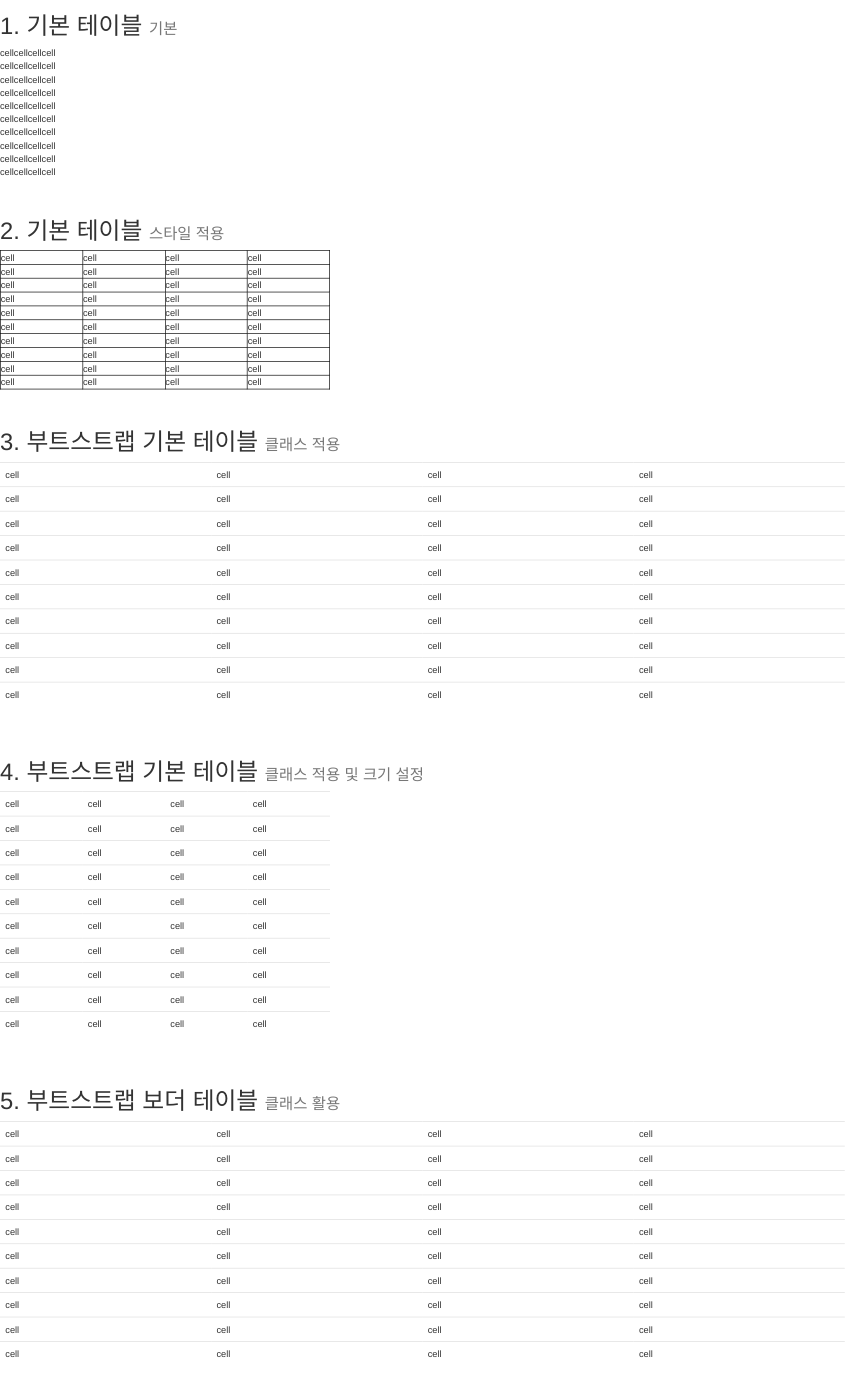
Repository: abbyinkr/BootstrapStudy
Page: BootStrapWork/WebContent/BootEx02.html
These files come from the project's save history. The page is drawn as it stood at one moment and after the next save; the edit follows.
The browser window is 1280 px wide. The pictures show the whole page, at 66% of full size.

Above is the page before, as saved 2021-07-01 03:37:31.

### BootStrapWork/WebContent/BootEx02.html
<!DOCTYPE html>
<html>
<head>
<meta charset="UTF-8">
<title>BootEx02.html</title>

<link rel="stylesheet" href="css/bootstrap.css">
<script type="text/javascript" src="http://code.jquery.com/jquery.min.js"></script>
<script type="text/javascript" src="js/bootstrap.min.js"></script>

<style type="text/css">

	/* 테이블 기본 서식 */
	#table
	{
		width: 500px;
		border: 1px solid black;
		border-collapse: collapse;
	}

	#table td
	{
		border: 1px solid black;
	}


</style>

</head>
<body>

<h1>1. 기본 테이블 <small>기본</small> </h1>

<!-- table>(tr>td{cell}*4)*10 -->
<table>
	<tr>
		<td>cell</td>
		<td>cell</td>
		<td>cell</td>
		<td>cell</td>
	</tr>
	<tr>
		<td>cell</td>
		<td>cell</td>
		<td>cell</td>
		<td>cell</td>
	</tr>
	<tr>
		<td>cell</td>
		<td>cell</td>
		<td>cell</td>
		<td>cell</td>
	</tr>
	<tr>
		<td>cell</td>
		<td>cell</td>
		<td>cell</td>
		<td>cell</td>
	</tr>
	<tr>
		<td>cell</td>
		<td>cell</td>
		<td>cell</td>
		<td>cell</td>
	</tr>
	<tr>
		<td>cell</td>
		<td>cell</td>
		<td>cell</td>
		<td>cell</td>
	</tr>
	<tr>
		<td>cell</td>
		<td>cell</td>
		<td>cell</td>
		<td>cell</td>
	</tr>
	<tr>
		<td>cell</td>
		<td>cell</td>
		<td>cell</td>
		<td>cell</td>
	</tr>
	<tr>
		<td>cell</td>
		<td>cell</td>
		<td>cell</td>
		<td>cell</td>
	</tr>
	<tr>
		<td>cell</td>
		<td>cell</td>
		<td>cell</td>
		<td>cell</td>
	</tr>
</table>


<br /><br />


<h1>2. 기본 테이블 <small>스타일 적용</small> </h1>

<!-- table>(tr>td{cell}*4)*10 -->
<table id="table">
	<tr>
		<td>cell</td>
		<td>cell</td>
		<td>cell</td>
		<td>cell</td>
	</tr>
	<tr>
		<td>cell</td>
		<td>cell</td>
		<td>cell</td>
		<td>cell</td>
	</tr>
	<tr>
		<td>cell</td>
		<td>cell</td>
		<td>cell</td>
		<td>cell</td>
	</tr>
	<tr>
		<td>cell</td>
		<td>cell</td>
		<td>cell</td>
		<td>cell</td>
	</tr>
	<tr>
		<td>cell</td>
		<td>cell</td>
		<td>cell</td>
		<td>cell</td>
	</tr>
	<tr>
		<td>cell</td>
		<td>cell</td>
		<td>cell</td>
		<td>cell</td>
	</tr>
	<tr>
		<td>cell</td>
		<td>cell</td>
		<td>cell</td>
		<td>cell</td>
	</tr>
	<tr>
		<td>cell</td>
		<td>cell</td>
		<td>cell</td>
		<td>cell</td>
	</tr>
	<tr>
		<td>cell</td>
		<td>cell</td>
		<td>cell</td>
		<td>cell</td>
	</tr>
	<tr>
		<td>cell</td>
		<td>cell</td>
		<td>cell</td>
		<td>cell</td>
	</tr>
</table>
<br /><br />


<h1>3. 부트스트랩 기본 테이블 <small>클래스 적용</small> </h1>

<!-- table>(tr>td{cell}*4)*10 -->
<table class="table">
	<tr>
		<td>cell</td>
		<td>cell</td>
		<td>cell</td>
		<td>cell</td>
	</tr>
	<tr>
		<td>cell</td>
		<td>cell</td>
		<td>cell</td>
		<td>cell</td>
	</tr>
	<tr>
		<td>cell</td>
		<td>cell</td>
		<td>cell</td>
		<td>cell</td>
	</tr>
	<tr>
		<td>cell</td>
		<td>cell</td>
		<td>cell</td>
		<td>cell</td>
	</tr>
	<tr>
		<td>cell</td>
		<td>cell</td>
		<td>cell</td>
		<td>cell</td>
	</tr>
	<tr>
		<td>cell</td>
		<td>cell</td>
		<td>cell</td>
		<td>cell</td>
	</tr>
	<tr>
		<td>cell</td>
		<td>cell</td>
		<td>cell</td>
		<td>cell</td>
	</tr>
	<tr>
		<td>cell</td>
		<td>cell</td>
		<td>cell</td>
		<td>cell</td>
	</tr>
	<tr>
		<td>cell</td>
		<td>cell</td>
		<td>cell</td>
		<td>cell</td>
	</tr>
	<tr>
		<td>cell</td>
		<td>cell</td>
		<td>cell</td>
		<td>cell</td>
	</tr>
</table>

<br /><br />

<h1>4. 부트스트랩 기본 테이블 <small>클래스 적용 및 크기 설정</small> </h1>

<!-- table>(tr>td{cell}*4)*10 -->
<table class="table" style="width: 500px;">
	<tr>
		<td>cell</td>
		<td>cell</td>
		<td>cell</td>
		<td>cell</td>
	</tr>
	<tr>
		<td>cell</td>
		<td>cell</td>
		<td>cell</td>
		<td>cell</td>
	</tr>
	<tr>
		<td>cell</td>
		<td>cell</td>
		<td>cell</td>
		<td>cell</td>
	</tr>
	<tr>
		<td>cell</td>
		<td>cell</td>
		<td>cell</td>
		<td>cell</td>
	</tr>
	<tr>
		<td>cell</td>
		<td>cell</td>
		<td>cell</td>
		<td>cell</td>
	</tr>
	<tr>
		<td>cell</td>
		<td>cell</td>
		<td>cell</td>
		<td>cell</td>
	</tr>
	<tr>
		<td>cell</td>
		<td>cell</td>
		<td>cell</td>
		<td>cell</td>
	</tr>
	<tr>
		<td>cell</td>
		<td>cell</td>
		<td>cell</td>
		<td>cell</td>
	</tr>
	<tr>
		<td>cell</td>
		<td>cell</td>
		<td>cell</td>
		<td>cell</td>
	</tr>
	<tr>
		<td>cell</td>
		<td>cell</td>
		<td>cell</td>
		<td>cell</td>
	</tr>
</table>

<br /><br />

<h1>5. 부트스트랩 보더 테이블 <small>클래스 활용</small> </h1>

<table class="table table-borderd">
	<tr>
		<td>cell</td>
		<td>cell</td>
		<td>cell</td>
		<td>cell</td>
	</tr>
	<tr>
		<td>cell</td>
		<td>cell</td>
		<td>cell</td>
		<td>cell</td>
	</tr>
	<tr>
		<td>cell</td>
		<td>cell</td>
		<td>cell</td>
		<td>cell</td>
	</tr>
	<tr>
		<td>cell</td>
		<td>cell</td>
		<td>cell</td>
		<td>cell</td>
	</tr>
	<tr>
		<td>cell</td>
		<td>cell</td>
		<td>cell</td>
		<td>cell</td>
	</tr>
	<tr>
		<td>cell</td>
		<td>cell</td>
		<td>cell</td>
		<td>cell</td>
	</tr>
	<tr>
		<td>cell</td>
		<td>cell</td>
		<td>cell</td>
		<td>cell</td>
	</tr>
	<tr>
		<td>cell</td>
		<td>cell</td>
		<td>cell</td>
		<td>cell</td>
	</tr>
	<tr>
		<td>cell</td>
		<td>cell</td>
		<td>cell</td>
		<td>cell</td>
	</tr>
	<tr>
		<td>cell</td>
		<td>cell</td>
		<td>cell</td>
		<td>cell</td>
	</tr>
</table>




</body>
</html>

Loaded but not shown: BootStrapWork/WebContent/css/bootstrap.css (library); BootStrapWork/WebContent/js/bootstrap.min.js (library)

After the next save:
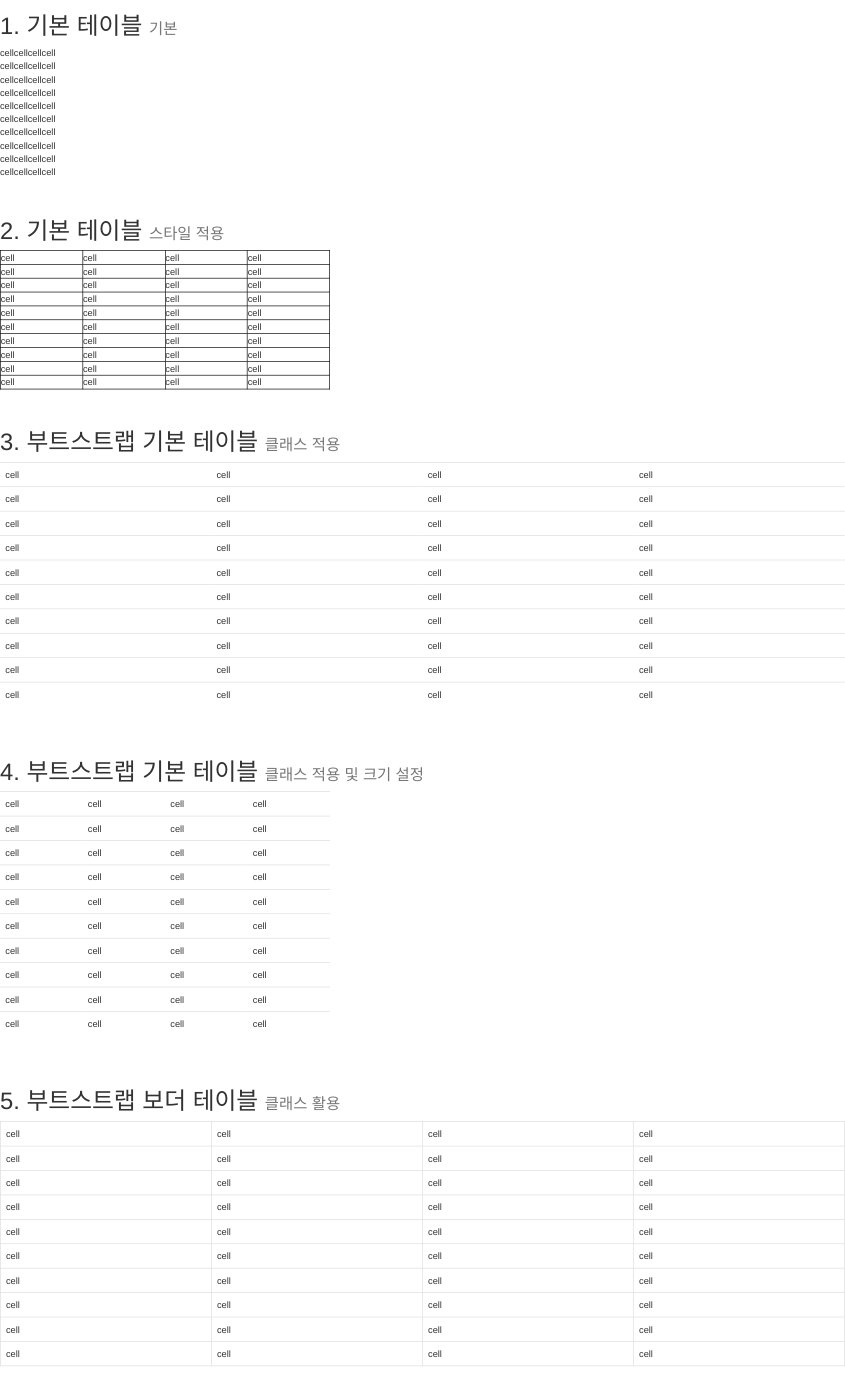
Saved 16 s later.
--- a/BootStrapWork/WebContent/BootEx02.html
+++ b/BootStrapWork/WebContent/BootEx02.html
@@ -305,7 +305,7 @@
 
 <h1>5. 부트스트랩 보더 테이블 <small>클래스 활용</small> </h1>
 
-<table class="table table-borderd">
+<table class="table table-bordered">
 	<tr>
 		<td>cell</td>
 		<td>cell</td>
